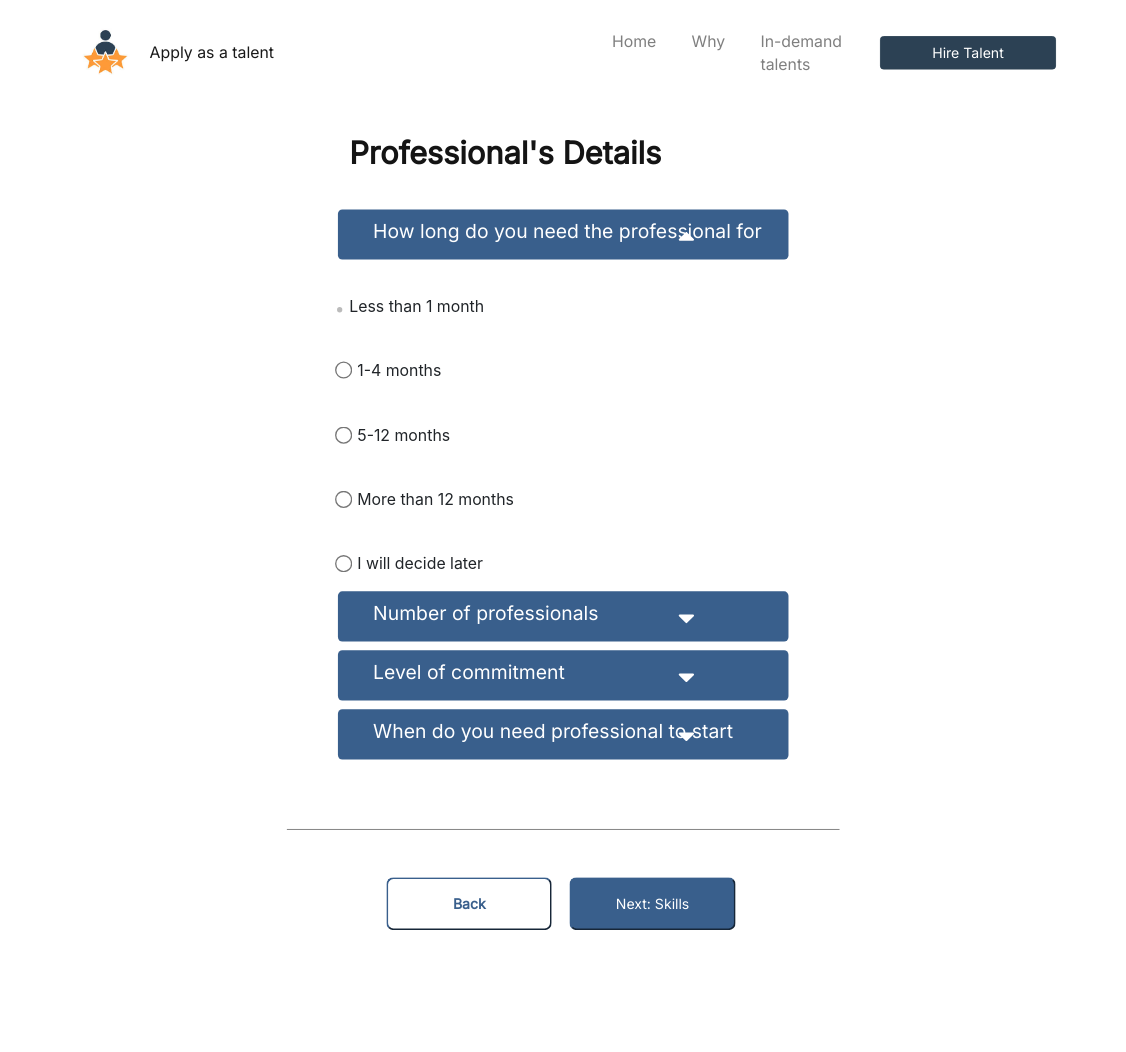
Repository: Ashwe9/talent-hire-reactJs
Page: /professionaldetails, after clicking the first element matching `div.dropdowns-box`
The author's editor kept a copy of each file at every save. The page is drawn from the files as they stood at one save, then again after the next save.
The browser window is 1280 px wide. The pictures show the whole page, at 88% of full size.
The first `input[type="radio"]` is checked.
The project was rebuilt for these pictures with package versions that can differ from the ones it lists, and the page was loaded fresh each time. Also part of the build but not shown: src/homePage/components/TrustedBy/TrustedBy.css, src/homePage/components/TrustedBy/TrustedBy.js, src/homePage/components/Roles/Roles.css, src/homePage/components/Roles/Roles.js, src/homePage/components/homePageFooter/HomePageFooter.css, src/homePage/components/homePageFooter/HomePageFooter.js, src/homePage/HomePage.js, src/kpisPage/Header.css and 9 more.

Above is the page before, as saved 2022-08-22 00:11:37.

### public/index.html
<!DOCTYPE html>
<html lang="en">
  <head>
    <meta charset="utf-8" />
    <link rel="icon" href="%PUBLIC_URL%/favicon.ico" />
    <meta name="viewport" content="width=device-width, initial-scale=1" />
    <meta name="theme-color" content="#000000" />
    <meta
      name="description"
      content="Web site created using create-react-app"
    />
    <link rel="manifest" href="%PUBLIC_URL%/manifest.json" />
    <link rel="stylesheet" href="https://stackpath.bootstrapcdn.com/bootstrap/4.4.1/css/bootstrap.min.css" integrity="sha384-Vkoo8x4CGsO3+Hhxv8T/Q5PaXtkKtu6ug5TOeNV6gBiFeWPGFN9MuhOf23Q9Ifjh" crossorigin="anonymous">
    <link href='https://fonts.googleapis.com/css?family=Inter' rel='stylesheet'>

    <title>App</title>
  </head>
  <body>
    <noscript>You need to enable JavaScript to run this app.</noscript>
    <div id="root"></div>
    <script src="https://code.jquery.com/jquery-3.4.1.slim.min.js" integrity="sha384-J6qa4849blE2+poT4WnyKhv5vZF5SrPo0iEjwBvKU7imGFAV0wwj1yYfoRSJoZ+n" crossorigin="anonymous"></script>
    <script src="https://cdn.jsdelivr.net/npm/popper.js@1.16.0/dist/umd/popper.min.js" integrity="sha384-Q6E9RHvbIyZFJoft+2mJbHaEWldlvI9IOYy5n3zV9zzTtmI3UksdQRVvoxMfooAo" crossorigin="anonymous"></script>
    <script src="https://stackpath.bootstrapcdn.com/bootstrap/4.4.1/js/bootstrap.min.js" integrity="sha384-wfSDF2E50Y2D1uUdj0O3uMBJnjuUD4Ih7YwaYd1iqfktj0Uod8GCExl3Og8ifwB6" crossorigin="anonymous"></script>  </body>
</html>

### src/App.js
import React from 'react'
import { BrowserRouter as Router, Route, Routes, Navigate } from 'react-router-dom';
import { HomePage } from './homePage/HomePage';
import KPISPage from './kpisPage/KPISPage';
import ProjectDetails from './projectDetails/ProjectDetails';
import ProfessionalDetails from './professionalDetails/ProfessionalDetails';

function App() {
  return (
    <Router>
      <Routes>
        <Route exact path="*" element={<Navigate to="/" replace />}/>
        <Route exact path="/" element={<HomePage />} />
        <Route exact path="/kpis" element={<KPISPage />} />
        <Route exact path="/projectdetails" element={<ProjectDetails />} />
        <Route exact path="/professionaldetails" element={<ProfessionalDetails />} />

      </Routes>
    </Router>
  );
}

export default App;

### src/professionalDetails/ProfessionalDetails.js
import React from 'react'
import './ProfessionalDetails.css'
import { Navbar } from '../shared-components/Navbar/Navbar'
import { Footer } from '../shared-components/Footer/Footer'
import DropDown from './DropDown'
import Header from './Header'

const ProfessionalDetails = () => {
  return (
    <div>
      <Navbar />
      <Header />
      <DropDown title="How long do you need the professional for"/>
      <DropDown title="Number of professionals"/>
      <DropDown title="Level of commitment"/>
      <DropDown title="When do you need professional to start"/>
      <Footer nextTitle="Next: Skills" nextPath="/skills" previousPath="/projectdetails" />
    </div>
  )
}

export default ProfessionalDetails

### src/shared-components/Navbar/Navbar.js
import React from 'react'
import './Navbar.css'
import { Navigate, useNavigate } from 'react-router-dom'

export const Navbar = () => {
  let navigate = useNavigate();

  return (
    <nav className="navbar navbar-expand-lg navbar-light">
      <img src= {require('../../assets/icon.png')} className="icon"/>
      <a className="navbar-brand title" href="#">Apply as a talent</a>
      <button className="navbar-toggler" type="button" data-toggle="collapse" data-target="#navbarText" aria-controls="navbarText" aria-expanded="false" aria-label="Toggle navigation">
        <span className="navbar-toggler-icon"></span>
      </button>
      <div className="collapse navbar-collapse" id="navbarText">
        <ul className="navbar-nav mr-auto">
          <li className="nav-item">
            <a className="nav-link" href="" onClick={() => {
                navigate('/', { replace: true });
              } }>Home</a>
          </li>

          <li className="nav-item">
            <a className="nav-link" href="#">Why</a>
          </li>
          <li className="nav-item">
            <a className="nav-link" href="#">In-demand talents</a>
          </li>
        </ul>
        <span className="navbar-text">
          <button className='btn btn-dark navbar-btn'>Hire Talent</button>
        </span>
      </div>
    </nav>
  )
}

### src/shared-components/Footer/Footer.js
import React from 'react'
import './Footer.css'
import { useNavigate  } from 'react-router-dom'


export  const Footer = ({nextTitle, nextPath, previousPath}) => {

  let navigate = useNavigate();

  const goNext = () => {
    let path =  nextPath;
    navigate(path);
  };
  const goBack = () => {
    let path =  previousPath;
    navigate(path);
  };

  return (
      <footer>
        <div className='Footer-box'>
            <hr id="footer-line"/>
            <div className='buttons'>
              <button className='Footer-button-back'
              onClick={goBack}
                >Back</button>

              <button className='Footer-button-next'
              onClick={goNext}
                >{nextTitle}</button>
        </div>
        </div>
      </footer>
    )
  }

### src/professionalDetails/DropDown.js
import {FaCaretDown, FaCaretUp} from 'react-icons/fa'
import React , { useState } from 'react'
import './DropDown.css'
import Details from './Details'


const DropDown = ({title}) => {
    const [x, setCount] = useState(0);
    const incrementCount = () => {
        setCount(x + 1);
      };

  return (
    <div>
        <div className='dropdowns-box' onClick={incrementCount} >
            <p className='dropdowns-title'>{title}</p>
            <a> { x%2===0 ? <FaCaretDown id='icons' size={30} style={{}} /> : <FaCaretUp id='icons' size={30} style={{}} />}</a>
        </div>
        {x%2===1 ? <Details title={title} /> : <></>}
    </div>
  )
}

export default DropDown

### src/professionalDetails/Header.js
import React from 'react'

const Header = () => {
  return (
    <div className='headers-box'>
        <p className='header'>
            Professional's Details
        </p>
    </div>
  )
}

export default Header

### src/shared-components/Navbar/Navbar.css
.icon{
    width: 80px;
}

.title{
    font-family: "Inter";
    font-style: normal;
    font-weight: 500;
    font-size: 18px;
    line-height: 28px;
    align-items: center;
    color: #444444;
    padding-left: 10px;
}

#navbarText{
    margin-left: 30%;
}
.navbar-items{
    margin: 0 35%;

}

.nav-item{
    font-family: "Inter";
    font-style: normal;
    font-weight: 500;
    font-size: 18px;
    align-items: center;
    color: #444444;
    padding-left: 24px;
}

.navbar-btn{
    font-family: "Inter";
    font-style: bold;
    background: #2c4154;
    /* padding: 5px 50px; */
    border-color: #2c4154;
    width: 200px;
}

.navbar{
    margin: 10px 5%;
}

@media only screen and (max-width: 600px) {
    body {
      background-color: lightblue;
    }
  }

### src/shared-components/Footer/Footer.css
#footer-line{
    background-color: gray;
    width: 50%;
}

.Footer-box{
    margin-top: 50px;
    padding: 1%;
}

.buttons{
    display: flex;
}

.Footer-button-back{
    margin-top: 3%;
    /* margin-left: 30%; */
    font-family: "Inter";
    font-style: bolder;
    font-weight: 700;
    padding: 1% 1%;
    background-color: white;
    border-color: #395f8c;
    color: #395f8c;
    height: 60px;
    width: 15%;
    border-radius: 0.5rem;
    margin-left: 34%;
    margin-bottom: 10%;
}
.Footer-button-next{
    margin-top: 3%;
    /* margin-left: 30%; */
    font-family: "Inter";
    font-style: bold;
    font-weight: 500;
    background: #395f8c;
    border-color: #395f8c;
    padding: 1% 1%;
    height: 60px;
    width: 15%;
    border-radius: 0.5rem;
    margin-bottom: 10%;
    margin-left: 20px;
    color: white;
    line-height: 1;
}

@media only screen and (max-width: 700px) {
    #footer-line{
        background-color: gray;
        width: 80%;
    }
    .Footer-button-next{
        padding: 2% ;
        height: 10%;
        width: fit-content;
        margin-left: 5%;
        font-size: 12px;
    }
    .Footer-button-back{
        padding: 2% ;
        height: 10%;
        width: 20%;
        margin-left: 20%;
        font-size: 12px;
    }
}

### src/projectDetails/Header.css
.headers-box{
    padding: 3%;
    padding-bottom: 0%;
    align-items: center;
    width: 40%;
    margin-left: 28%;
}

.header{
    font-family: "Inter";
    font-style: bolder;
    font-weight: 800;
    font-size: 35px;
    line-height: 30px;
    align-items: center;
    color: #141414;
    margin-bottom: 50px;
}

.header-by-title{
    font-family: "Inter";
    font-style: bolder;
    font-weight: 700;
    font-size: 25px;
    line-height: 30px;
    align-items: center;
    color: #141414;
}


@media only screen and (max-width: 700px) {

    .header-by-title{
        font-size: 16px;
    }

    .header-box{
        margin-left: 40px;
        width: 100%;
    }
  }
@media only screen and (max-width: 450px) {
    .header-by-title{
        font-size: 13px;
    }
    .header-box{
        margin-left: 70px;
        width: 100%;
    }
}

### src/professionalDetails/DropDown.css
.dropdowns-box{
    padding-top: 10px;
    padding-bottom: 1px;
    width: 40%;
    background-color: #395f8c;
    border-radius: 5px;
    display: flex;
    cursor: pointer;
    margin-bottom: 10px;
    margin-left: 30%;

}

.dropdowns-title{
    font-family: "Inter";
    font-style: bolder;
    font-weight: 300;
    font-size: 22px;
    line-height: 30px;
    align-items: center;
    color: white;
    margin-left: 40px;
}

#icons{
    color: white;
    position:absolute;
    right:480px;
}


@media only screen and (max-width: 700px) {

    .dropdowns-title{
        font-size: 16px;
        margin-left: 15px;
    }

    .dropdowns-box{
        margin-left: 60px;
        width: 75%;
    }
    #icon{
        opacity: 0;
    }
  }
@media only screen and (max-width: 450px) {
    .dropdowns-title{
        font-size: 11px;
        margin-left: 0;
    }
    .dropdowns-box{
        margin-left: 30px;
        width: 60%;
    }

    #icon{
        opacity: 0;
    }
}

### src/professionalDetails/Details.js
import React from 'react'
import './Details.css'

import { useState } from 'react'
import {FaPlus, FaMinus} from 'react-icons/fa'

const Details = ({title}) => {
    const [checked_1, setCount1] = useState(0);
    const incrementCount1 = () => {
        setCount1(checked_1 + 1);
      };
    const [checked_2, setCount2] = useState(0);
    const incrementCount2 = () => {
        setCount2(checked_2 + 1);
    };
    const [checked_3, setCount3] = useState(0);
    const incrementCount3 = () => {
    setCount3(checked_3 + 1);
    };
    const [checked_4, setCount4] = useState(0);
    const incrementCount4 = () => {
        setCount4(checked_4 + 1);
    };
    const [checked_5, setCount5] = useState(0);
    const incrementCount5 = () => {
        setCount5(checked_5 + 1);
        };
    return (
        <div className='detail-box'>
          {title==="How long do you need the professional for"? <form className='check-form' style={{marginBottom: "10px"}}>
              <div className={`${checked_1%2===1 ? "detailpro-item-active" : "detailpro-item"}`} onClick={incrementCount1}>
              <input type="radio" className="radio" checked={`${checked_1%2===1 ? "checked" : ""}`}/>
                <label className={`${checked_1%2===1 ? "detailpro-item-paragraph-active" : "detailpro-item-paragraph"}`}>Less than 1 month</label>
              </div>
              <div className={`${checked_2%2===1 ? "detailpro-item-active" : "detailpro-item"}`} onClick={incrementCount2}>
                <input type="radio" className="radio" checked={`${checked_2%2===1 ? "checked" : ""}`}/>
                <label className={`${checked_2%2===1  ? "detailpro-item-paragraph-active" : "detailpro-item-paragraph"}`}>1-4 months</label>
              </div>
              <div className={`${checked_3%2===1 ? "detailpro-item-active" : "detailpro-item"}`} onClick={incrementCount3} >
              <input type="radio" className="radio" checked={`${checked_3%2===1 ? "checked" : ""}`}/>
                <label className={`${checked_3%2===1  ? "detailpro-item-paragraph-active" : "detailpro-item-paragraph"}`}>5-12 months</label>
              </div>
                <div className={`${checked_4%2===1 ? "detailpro-item-active" : "detailpro-item"}`} onClick={incrementCount4}>
                <input type="radio" className="radio" checked={`${checked_4%2===1 ? "checked" : ""}`}/>
                  <label className={`${checked_4%2===1  ? "detailpro-item-paragraph-active" : "detailpro-item-paragraph"}`}>More than 12 months</label>
                </div>
                <div className={`${checked_5%2===1 ? "detailpro-item-active" : "detailpro-item"}`} onClick={incrementCount5}>
                <input type="radio" className="radio" checked={`${checked_5%2===1 ? "checked" : ""}`}/>
                  <label className={`${checked_5%2===1  ? "detailpro-item-paragraph-active" : "detailpro-item-paragraph"}`}>I will decide later</label>
              </div>
          </form> : title==="Number of professionals"? <form className='check-form' style={{marginBottom: "10px"}}>
              <div className={`${checked_1%2===1 ? "detailpro-item-active" : "detailpro-item"}`} onClick={incrementCount1}>
              <input type="radio" className="radio" checked={`${checked_1%2===1 ? "checked" : ""}`}/>
                <label className={`${checked_1%2===1 ? "detailpro-item-paragraph-active" : "detailpro-item-paragraph"}`}>One professional</label>
              </div>
              <div className={`${checked_2%2===1 ? "detailpro-item-active" : "detailpro-item"}`} onClick={incrementCount2}>
              <input type="radio" className="radio" checked={`${checked_2%2===1 ? "checked" : ""}`}/>
                <label className={`${checked_2%2===1  ? "detailpro-item-paragraph-active" : "detailpro-item-paragraph"}`}>Two professionals</label>
              </div>
              <div className={`${checked_3%2===1 ? "detailpro-item-active" : "detailpro-item"}`} onClick={incrementCount3} >
              <input type="radio" className="radio" checked={`${checked_3%2===1 ? "checked" : ""}`}/>
                <label className={`${checked_3%2===1  ? "detailpro-item-paragraph-active" : "detailpro-item-paragraph"}`}>A cross functional team of professionals</label>
              </div>
                <div className={`${checked_4%2===1 ? "detailpro-item-active" : "detailpro-item"}`} onClick={incrementCount4}>
                <input type="radio" className="radio" checked={`${checked_4%2===1 ? "checked" : ""}`}/>
                  <label className={`${checked_4%2===1  ? "detailpro-item-paragraph-active" : "detailpro-item-paragraph"}`}>I will decide later</label>
                </div>
          </form> : title==="Level of commitment"? <form className='check-form' style={{marginBottom: "10px"}}>
              <div className={`${checked_1%2===1 ? "detailpro-item-active" : "detailpro-item"}`} onClick={incrementCount1}>
              <input type="radio" className="radio" checked={`${checked_1%2===1 ? "checked" : ""}`}/>
                <label className={`${checked_1%2===1 ? "detailpro-item-paragraph-active" : "detailpro-item-paragraph"}`}>Full time</label>
              </div>
              <div className={`${checked_2%2===1 ? "detailpro-item-active" : "detailpro-item"}`} onClick={incrementCount2}>
              <input type="radio" className="radio" checked={`${checked_2%2===1 ? "checked" : ""}`}/>
                <label className={`${checked_2%2===1  ? "detailpro-item-paragraph-active" : "detailpro-item-paragraph"}`}>Part time </label>
              </div>
              <div className={`${checked_3%2===1 ? "detailpro-item-active" : "detailpro-item"}`} onClick={incrementCount3} >
              <input type="radio" className="radio" checked={`${checked_3%2===1 ? "checked" : ""}`}/>
                <label className={`${checked_3%2===1  ? "detailpro-item-paragraph-active" : "detailpro-item-paragraph"}`}>Hourly</label>
              </div>
                <div className={`${checked_4%2===1 ? "detailpro-item-active" : "detailpro-item"}`} onClick={incrementCount4}>
                <input type="radio" className="radio" checked={`${checked_4%2===1 ? "checked" : ""}`}/>
                  <label className={`${checked_4%2===1  ? "detailpro-item-paragraph-active" : "detailpro-item-paragraph"}`}>I will decide later</label>
                </div>
          </form>:<form className='check-form'>
              <div className={`${checked_1%2===1 ? "detailpro-item-active" : "detailpro-item"}`} onClick={incrementCount1}>
              <input type="radio" className="radio" checked={`${checked_1%2===1 ? "checked" : ""}`}/>
                <label className={`${checked_1%2===1 ? "detailpro-item-paragraph-active" : "detailpro-item-paragraph"}`}>Immediately</label>
              </div>
              <div className={`${checked_2%2===1 ? "detailpro-item-active" : "detailpro-item"}`} onClick={incrementCount2}>
              <input type="radio" className="radio" checked={`${checked_2%2===1 ? "checked" : ""}`}/>
                <label className={`${checked_2%2===1  ? "detailpro-item-paragraph-active" : "detailpro-item-paragraph"}`}>In 1 or 2 weeks</label>
              </div>
              <div className={`${checked_3%2===1 ? "detailpro-item-active" : "detailpro-item"}`} onClick={incrementCount3} >
              <input type="radio" className="radio" checked={`${checked_3%2===1 ? "checked" : ""}`}/>
                <label className={`${checked_3%2===1  ? "detailpro-item-paragraph-active" : "detailpro-item-paragraph"}`}>More than 2 weeks from now</label>
              </div>
                <div className={`${checked_4%2===1 ? "detailpro-item-active" : "detailpro-item"}`} onClick={incrementCount4}>
                <input type="radio" className="radio" checked={`${checked_4%2===1 ? "checked" : ""}`}/>
                  <label className={`${checked_4%2===1  ? "detailpro-item-paragraph-active" : "detailpro-item-paragraph"}`}>I will decide later</label>
                </div>
           </form>}
        </div>

      )
}

export default Details

### src/kpisPage/Talents.css
.talents-box{
    margin-left: 515px;
}

.talent-item-active{
    background: #FFFFFF;
    border: 1px solid #395F8C;
    box-sizing: border-box;
    box-shadow: 0px 4px 14px 1px rgba(0, 0, 0, 0.04);
    border-radius: 6px;
    display: flex;
    padding: 10px;
    padding-right: 32px;
    width: fit-content;
    margin-right: 10px;
}

#icons{
    color: #395F8C;
    position:absolute;
    margin-top: 5px;
    margin-left: 15px;
    margin-right: 5px;
}

.talent-item{
    opacity: 0.8;
    background: #f0f0f0;
    border: 0.2px solid #f0f0f0;
    box-sizing: border-box;
    box-shadow: 0px 2px 14px 1px rgba(0, 0, 0, 0.06);
    border-radius: 6px;
    display: flex;
    padding: 10px;
    padding-right: 32px;
    width: fit-content;
    margin-right: 10px;
}


.talent-item-paragraph-active{
    font-family: "Inter";
    font-style: normal;
    font-weight: bolder;
    font-size: 16px;
    display: flex;
    align-items: center;
    color: #395f8c;
}

.talent-item-paragraph{
    font-family: "Inter";
    font-style: normal;
    font-weight: normal;
    font-size: 16px;
    display: flex;
    align-items: center;
    opacity: 0.8;
    color: #6d7686;
}


@media only screen and (max-width: 700px) {
    .talent-item-paragraph-active{
        font-size: 10px;
    }

    .talent-item-paragraph{
        font-size: 10px;
        font-weight: bold;
    }

    .talents-box{
        margin-left: 80px;
    }

    .talent-item{
        opacity: 0.8;
        background: #f0f0f0;
        box-sizing: border-box;
        display: flex;
        width: fit-content;
        margin-bottom: 5px;
    }

    .talent-item-active{
        opacity: 0.8;
        background: #f0f0f0;
        box-sizing: border-box;
        display: flex;
        width: fit-content;
    }

    #icons{
        color: #395F8C;
        position:absolute;
        margin-top: 2px;
        margin-left: 2px;
        margin-right: 0.5px;
    }
  }
@media only screen and (max-width: 450px) {
    .talent-item-paragraph-active{
        font-size: 8px;
    }

    .talent-item-paragraph{
        font-size: 8px;
    }
    .talents-box{
        margin-left: 110px;
    }

    .talent-item{
        opacity: 0.8;
        background: #f0f0f0;
        box-sizing: border-box;
        display: flex;
        width: fit-content;
    }

    .talent-item-active{
        opacity: 0.8;
        background: #f0f0f0;
        box-sizing: border-box;
        display: flex;
        width: fit-content;
    }
}

input[type="checkbox"] { /* change "blue" browser chrome to yellow */
    filter: invert(20%) hue-rotate(15deg) brightness(1.4);
  }

### src/professionalDetails/Details.css
.detailpro-item{
    margin-left: 30%;
    margin-top: 3%;
    font-size: large;
}

.detailpro-item-active{
    margin-left: 30%;
    margin-top: 3%;
    font-size: large;
    color: #48a97b;
}

input[type="radio"]{
    -ms-transform: scale(1.5); /* IE 9 */
    -webkit-transform: scale(1.5); /* Chrome, Safari, Opera */
    transform: scale(1.5);
    margin-right: 1%;

}

input[type="radio"]:checked{
  -webkit-appearance: none;
  -moz-appearance: none;
  appearance: none;
  /* create custom radiobutton appearance */
  display: inline-block;
  -ms-transform: scale(1.5); /* IE 9 */
  -webkit-transform: scale(1.5); /* Chrome, Safari, Opera */
  transform: scale(1.5);
  margin-right: 1%;
  /* background-color only for content */
  background-clip: content-box;
  border: 2px solid #bbbbbb;
  background-color: #e7e6e7;
  border-radius: 50%;
}

Loaded but not shown: src/index.js (common file); src/reportWebVitals.js (common file); src/index.css (no stored copy; drawn as an empty file); src/kpisPage/KPISPage.css (no stored copy; drawn as an empty file); src/professionalDetails/ProfessionalDetails.css (no stored copy; drawn as an empty file)

After the next save:
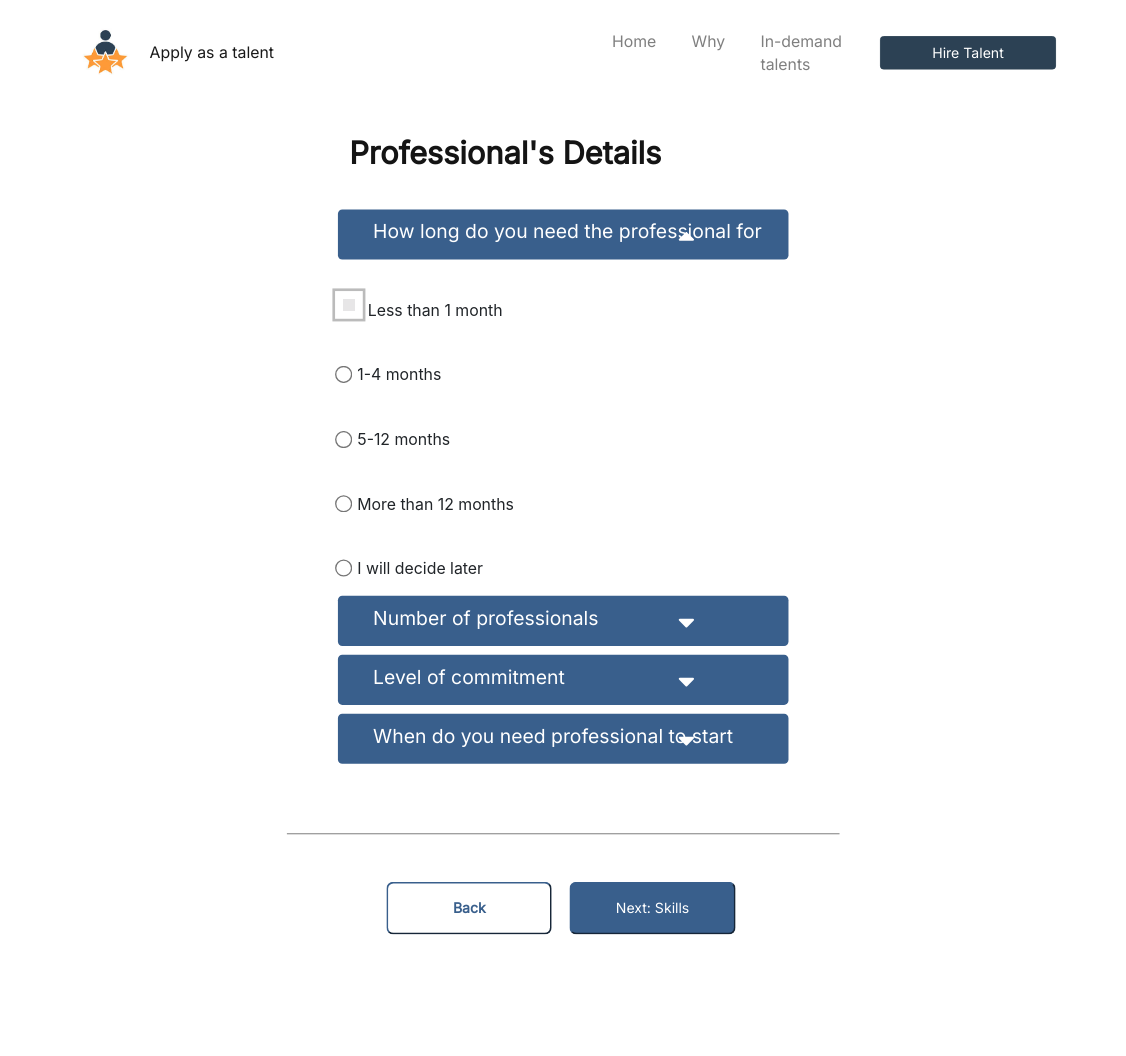
Saved 13 s later.
--- a/src/professionalDetails/Details.css
+++ b/src/professionalDetails/Details.css
@@ -25,13 +25,11 @@ input[type="radio"]:checked{
   appearance: none;
   /* create custom radiobutton appearance */
   display: inline-block;
-  -ms-transform: scale(1.5); /* IE 9 */
-  -webkit-transform: scale(1.5); /* Chrome, Safari, Opera */
-  transform: scale(1.5);
-  margin-right: 1%;
+  width: 25px;
+  height: 25px;
+  padding: 6px;
   /* background-color only for content */
   background-clip: content-box;
   border: 2px solid #bbbbbb;
   background-color: #e7e6e7;
-  border-radius: 50%;
 }
